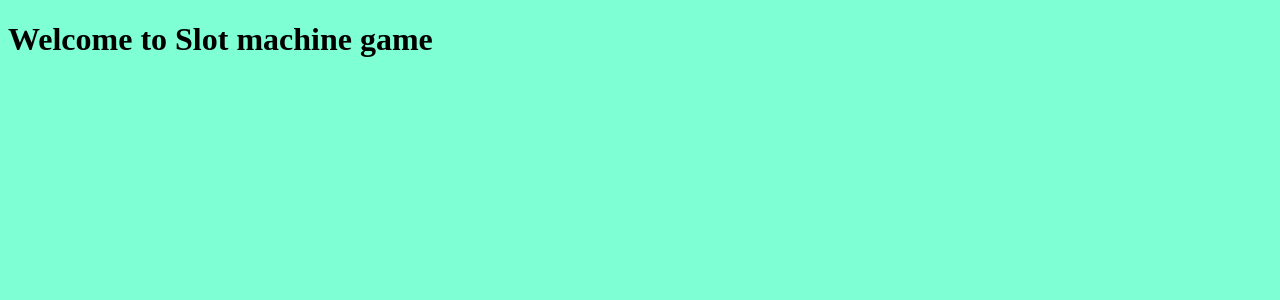
Repository: duggallakshya/slotMachineReact
Page: /
An editor plug-in stored every save of this project. The page is shown before and after the next save, followed by the edit.
The browser window is 1280 px wide. The pictures show the whole page.
The project was rebuilt for these pictures with package versions that can differ from the ones it lists, and the page was loaded fresh each time.

Above is the page before, as saved 2022-03-22 21:18:03.

After the next save:
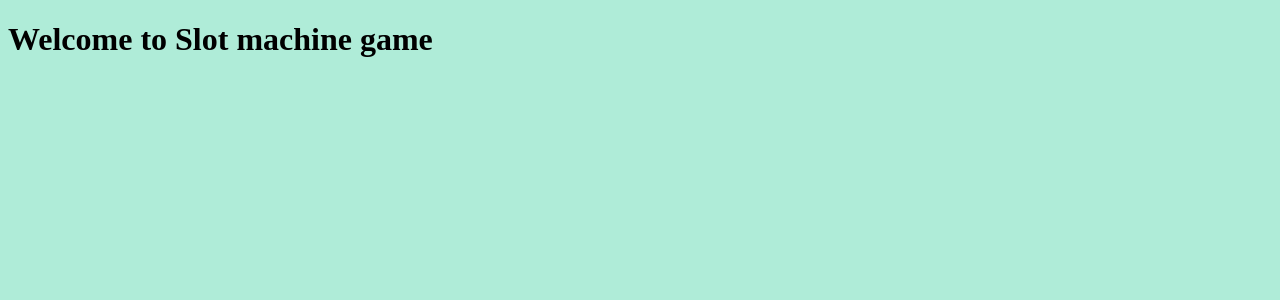
Saved 15 s later.
--- a/src/index.css
+++ b/src/index.css
@@ -1,3 +1,3 @@
 body{
-  background-color: aquamarine;
+  background-color: rgb(175, 236, 216);
 }
